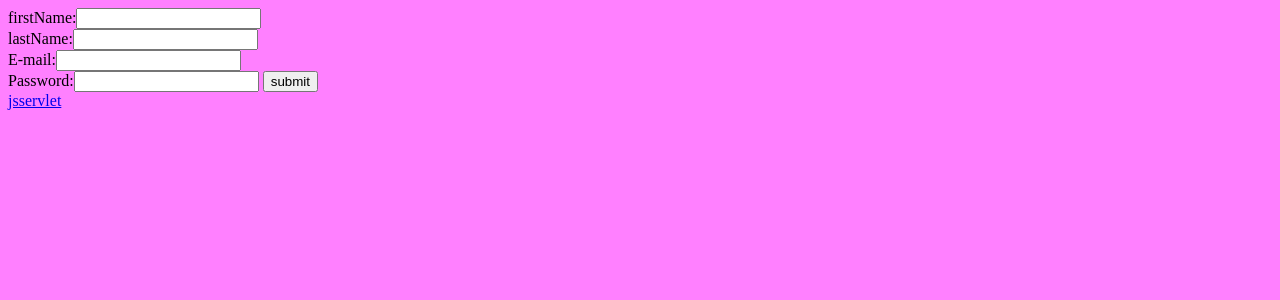
Repository: shruthik537/aemclass
Page: firstweb/src/main/webapp/index.html
The author's editor kept a copy of each file at every save. The page is drawn from the files as they stood at one save, then again after the next save.
The browser window is 1280 px wide. The pictures show the whole page.
Some web libraries are served in a nearby version.

Above is the page before, as saved 2021-09-23 16:39:43.

After the next save:
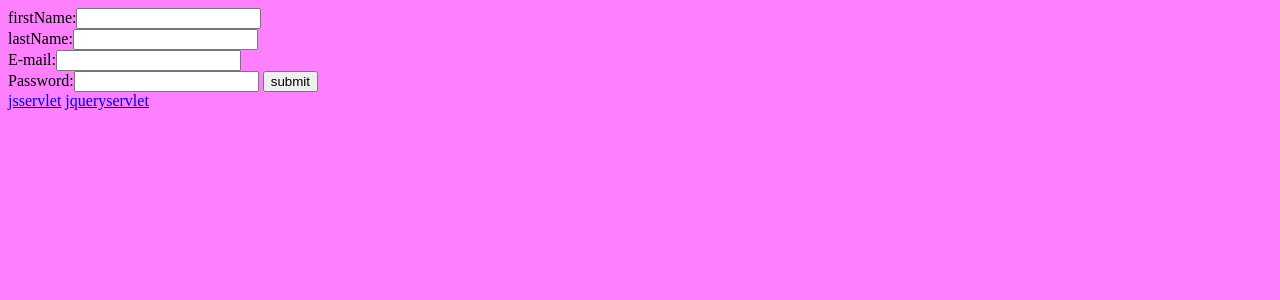
Saved 9 min 39 s later.
--- a/firstweb/src/main/webapp/index.html
+++ b/firstweb/src/main/webapp/index.html
@@ -48,5 +48,6 @@ Password:<input type="text" name="pwd" id="pwd"/>
 <input type="submit" value="submit" id="submit"/>
 </form>
 <a href="jsservlet.html">jsservlet</a>
+<a href="jqueryservlet.html">jqueryservlet</a>
 </body>
 </html>
